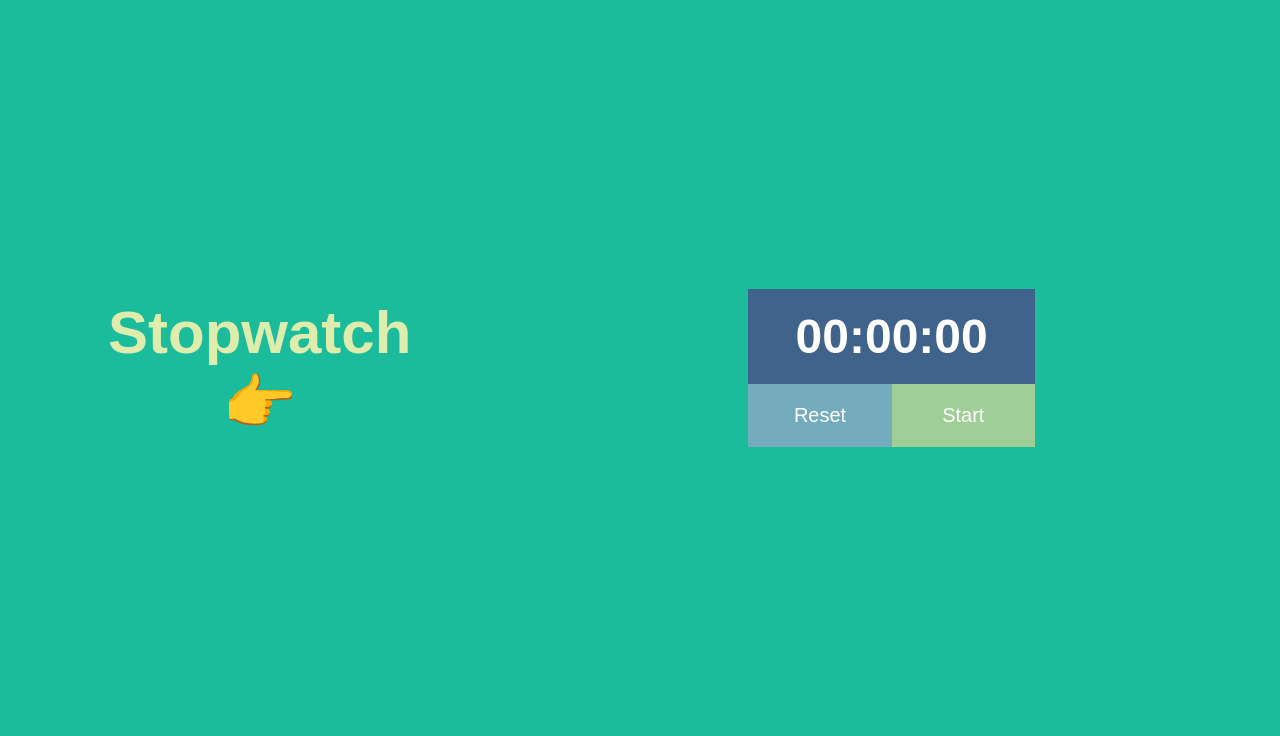
Repository: pilar122/stopwatch
Page: index.html
The author's editor kept a copy of each file at every save. The page is drawn from the files as they stood at one save, then again after the next save.
The browser window is 1280 px wide. The pictures show the whole page.

Above is the page before, as saved 2022-06-19 13:02:27.

### index.html
<!DOCTYPE html>
<html>
    <head>
        <title>
            Stopwatch
        </title>
        <link href="stopwatch.css" rel="stylesheet">
        <script src="stopwatch.js"></script>
    </head>

    <div class="header">
        <h1>Stopwatch <br>👉</h1>
    </div>

    <body>

        <div id="stopwatch">
            <!--CURRENT TIME-->
            <div id="sw-time">00:00:00</div> <!-- sw is the time display-->

            <!--CONTROLS-->
            <input type="button" value="Reset" id="sw-rst" disabled/> <!--sw-rst is the reset button * and the disabled means that the buttons are at the moment-->
            <input type="button" value="Start" id="sw-go" disabled/> <!--sw-go is the start & stop button-->
        </div>
    </body>
</html>

### stopwatch.css
/* (A) CONTAINER */
#stopwatch {
    display: flex;
    flex-wrap: wrap;
    max-width: 400px;
    margin: 0 auto;
  }

  /* (B) TIME */
  #sw-time {
    width: 100%;
    padding: 20px 0;
    font-size: 48px;
    font-weight: bold;
    text-align: center;
    background: rgb(63, 99, 139);
    color: #fff;
  }

  /* (C) BUTTONS */
  #sw-rst, #sw-go {
    box-sizing: border-box;
    width: 50%;
    cursor: pointer;
    padding: 20px 0;
    border: 0;
    color: #fff;
    font-size: 20px;
  }
  #sw-rst { background-color: #75acbd; }
  #sw-go { background-color: #9fce97; }

  /* (X) DOES NOT MATTER */
  /* PAGE & BODY */
  body {
    display: flex;
    align-items: center; justify-content: center;
    min-height: 100vh;
    background: #1abc9c;
    background-repeat: no-repeat;
    background-position: center;
    background-size: cover;
  }
  * { font-family: arial, sans-serif; }

  /* WIDGET */
  .widget-wrap {
    min-width: 450px;
    padding: 30px;
    border-radius: 20px;
    background: rgba(255, 255, 255, 0.4);
  }

  .header {
    padding: 100px;
    text-align: center;
    color: #deecac;
    font-size: 30px;
  }

  /* HEADER */
  h1 { text-align: center; }
  #code-boxx {
    width: 100%;
    margin-top: 30px;
    text-align: center;
  }

  /* FOOTER */
  #code-boxx {
    font-weight: 600;
    margin-top: 30px;
  }
  #code-boxx a {
    display: inline-block;
    padding: 5px;
    text-decoration: none;
    background: #d3adad;
    color: #fff;
  }

### stopwatch.js
var sw = {
    // (A) PROPERTIES
    etime : null, // html time display
    erst : null, // html reset button
    ego : null, // html start/stop button
    timer : null, // timer object
    now : 0, // current elapsed time

    // (B) INITIALIZE
    init : () => {
      // (B1) GET HTML ELEMENTS
      sw.etime = document.getElementById("sw-time");
      sw.erst = document.getElementById("sw-rst");
      sw.ego = document.getElementById("sw-go");

      // (B2) ENABLE BUTTON CONTROLS
      sw.erst.onclick = sw.reset;
      sw.ego.onclick = sw.start;
      sw.erst.disabled = false;
      sw.ego.disabled = false;
    },

    // (C) START!
    start : () => {
      sw.timer = setInterval(sw.tick, 1000);
      sw.ego.value = "Stop";
      sw.ego.onclick = sw.stop;
    },

    // (D) STOP
    stop : () => {
      clearInterval(sw.timer);
      sw.timer = null;
      sw.ego.value = "Start";
      sw.ego.onclick = sw.start;
    },

    // (E) TIMER ACTION
    tick : () => {
      // (E1) CALCULATE HOURS, MINS, SECONDS
      sw.now++;
      let hours = 0, mins = 0, secs = 0,
      remain = sw.now;
      hours = Math.floor(remain / 3600);
      remain -= hours * 3600;
      mins = Math.floor(remain / 60);
      remain -= mins * 60;
      secs = remain;

      // (E2) UPDATE THE DISPLAY TIMER
      if (hours<10) { hours = "0" + hours; }
      if (mins<10) { mins = "0" + mins; }
      if (secs<10) { secs = "0" + secs; }
      sw.etime.innerHTML = hours + ":" + mins + ":" + secs;
    },

    // (F) RESET
    reset : () => {
      if (sw.timer != null) { sw.stop(); }
      sw.now = -1;
      sw.tick();
    }
  };
  window.addEventListener("load", sw.init);

After the next save:
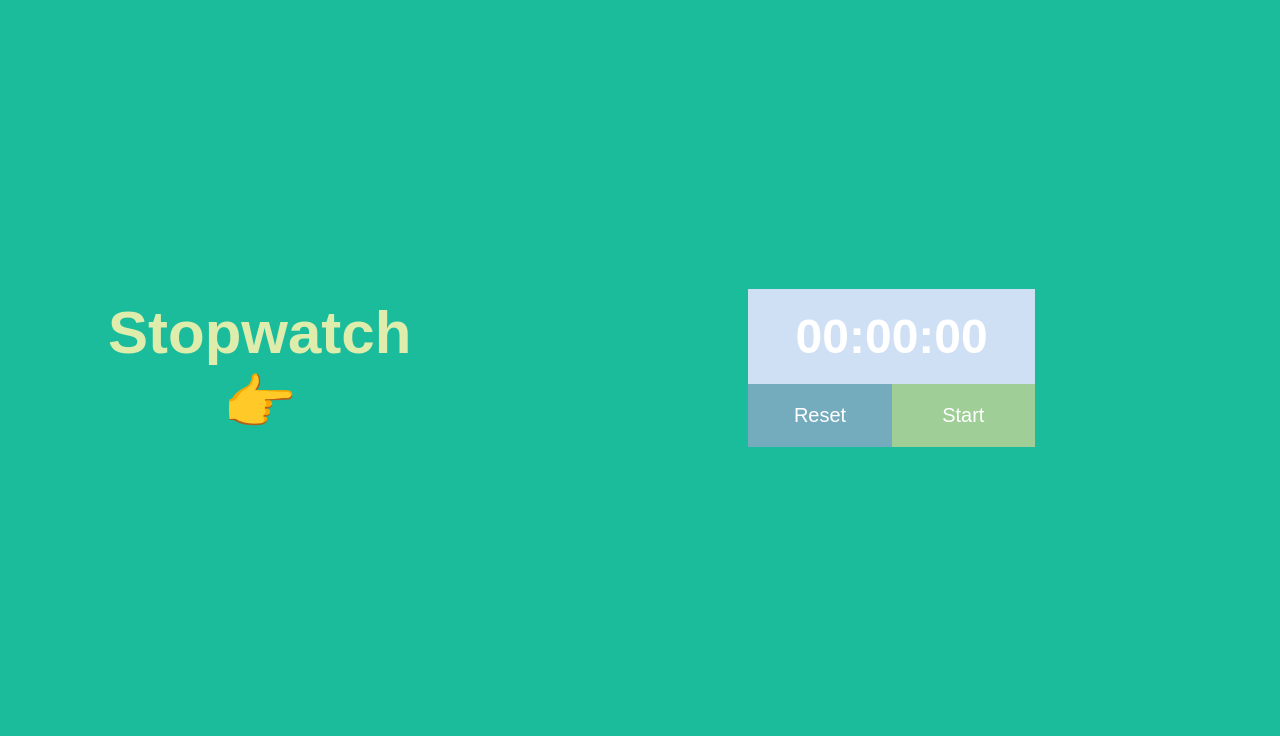
Saved 9 s later.
--- a/stopwatch.css
+++ b/stopwatch.css
@@ -13,7 +13,7 @@
     font-size: 48px;
     font-weight: bold;
     text-align: center;
-    background: rgb(63, 99, 139);
+    background: rgb(207, 224, 245);
     color: #fff;
   }
 
